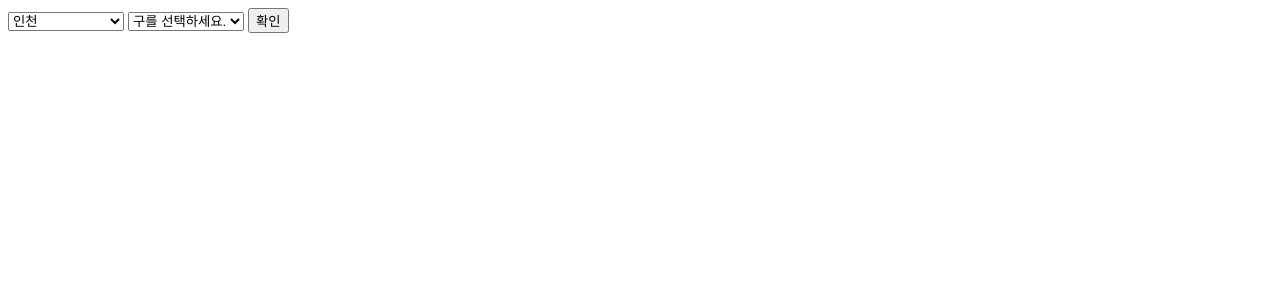
Repository: mjh1583/Hustar03_eGov
Page: http://localhost/JavaScript/exam_script.jsp
These files come from the project's save history. The page is drawn as it stood at one moment and after the next save; the edit follows.
The browser window is 1280 px wide. The pictures show the whole page.
After loading, the first visible `#select1` was changed once.
The page is served by Tomcat 9.

Above is the page before, as saved 2021-05-12 01:47:46.

### workspace/JavaScript/src/main/webapp/exam_script.jsp
<%@ page language="java" contentType="text/html; charset=UTF-8" pageEncoding="UTF-8" %>

<html>
<head>
<title>문제1</title>
</head>
<body>
	<select id="select1">
		<option value="">시를 선택하세요.</option>
	</select>

	<select id="select2">
		<option value="">구를 선택하세요.</option>
	</select>
	<input type="button" id="btn" value="확인" />
</body>
</html>

<script src="https://code.jquery.com/jquery-3.6.0.js"></script>
<script>
	/*
	 * 문제) 아래 데이터를 활용하여 페이지가 로딩되면 select1에는 시데이터를 option으로 선택할 수 있게 적용
	 * select1의 데이터가 변경되면 select2도 자동으로 해당시의 데이터만 보여지도록 적용
	 * 확인 버튼 클릭시 '당신의 주소는 대구 북구 입니다.' 형식으로 경고창(alert) 출력(선택된 데이터가 반영되도록)
	 * 시, 구를 선택하지 않고 확인버튼 클릭시 '주소를 선택해주세요' 경고창(alert) 출력
	 */

	//시 데이터
	var arr1 = new Array("서울", "대구", "대전", "부산", "인천");

	 //구 데이터
	var arr2 = new Array(
		new Array("서울구1", "서울구2", "서울구3", "서울구4", "서울구5"),
		new Array("동구", "서구", "남구", "북구", "중구", "수성구", "달서구"),
		new Array("대전구1", "대전구2", "대전구3"),
		new Array("부산구1", "부산구2", "부산구3", "부산구4"),
		new Array("인천구1", "인천구2")
	);

	var flag = 0;

	$(document).ready(function() {
		for(var i = 0; i < arr1.length; i++) {
			$("#select1 option:eq(0)").after("<option value=''>" + arr1[i] + "</option>")
		}
	});

	$("#select1").change(function() {
		if(flag = 0) {
			flag = 1;
		}
		else {
			$('#select2').children('option:not(:first)').remove();
		}

		$("#select2 option:eq(0)").after("<option value=''>" + arr2[0][i] + "</option>")
		switch ($("#select1 option:selected").text()) {
			case "서울":
				for(var i = 0; i < arr2[0].length; i++) {
					$("#select2 option:eq(0)").after("<option value=''>" + arr2[0][i] + "</option>")
				}
				break;
			case "대구":
				for(var i = 0; i < arr2[1].length; i++) {
					$("#select2 option:eq(0)").after("<option value=''>" + arr2[1][i] + "</option>")
				}
				break;
			case "대전":
				for(var i = 0; i < arr2[2].length; i++) {
					$("#select2 option:eq(0)").after("<option value=''>" + arr2[2][i] + "</option>")
				}
				break;
			case "부산":
				for(var i = 0; i < arr2[3].length; i++) {
					$("#select2 option:eq(0)").after("<option value=''>" + arr2[3][i] + "</option>")
				}
				break;
			case "인천":
				for(var i = 0; i < arr2[4].length; i++) {
					$("#select2 option:eq(0)").after("<option value=''>" + arr2[4][i] + "</option>")
				}
				break;
			default:
				break;
		}
	});

	$("#btn").bind("click", function() {
		console.log($("#select1 option:selected").text());
		if($("#select1 option:selected").text() == "시를 선택하세요." || $("#select2 option:selected").text() == "구를 선택하세요.") {
			alert("주소를 선택해주세요.");
		}
		else {
			alert("당신의 주소는 " + $("#select1 option:selected").text() + " " + $("#select2 option:selected").text() + " 입니다.");
		}
	});
</script>

After the next save:
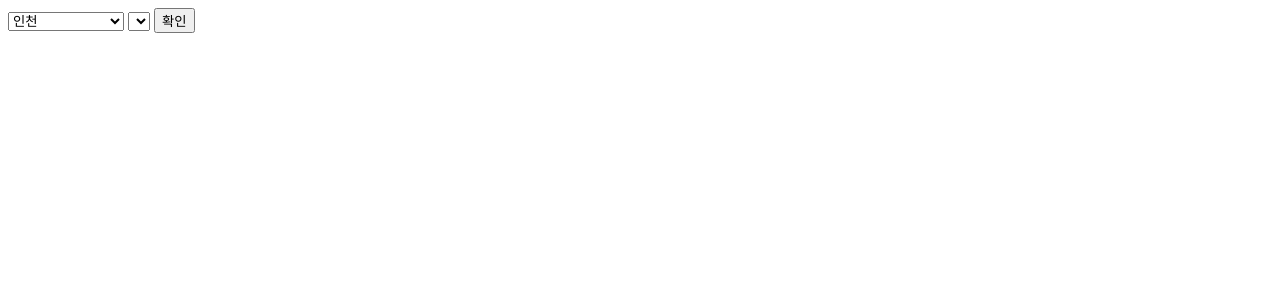
Saved 69 s later.
--- a/workspace/JavaScript/src/main/webapp/exam_script.jsp
+++ b/workspace/JavaScript/src/main/webapp/exam_script.jsp
@@ -50,7 +50,7 @@
 			flag = 1;
 		}
 		else {
-			$('#select2').children('option:not(:first)').remove();
+			$('#select2').children('option').remove();
 		}
 
 		$("#select2 option:eq(0)").after("<option value=''>" + arr2[0][i] + "</option>")

After the save that followed:
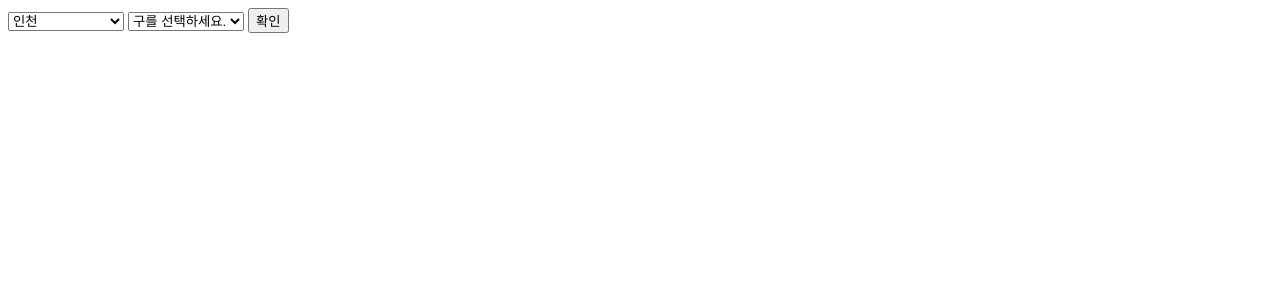
Saved 25 s later.
--- a/workspace/JavaScript/src/main/webapp/exam_script.jsp
+++ b/workspace/JavaScript/src/main/webapp/exam_script.jsp
@@ -50,7 +50,7 @@
 			flag = 1;
 		}
 		else {
-			$('#select2').children('option').remove();
+			$('#select2').children('option:not(:first)').remove();
 		}
 
 		$("#select2 option:eq(0)").after("<option value=''>" + arr2[0][i] + "</option>")
